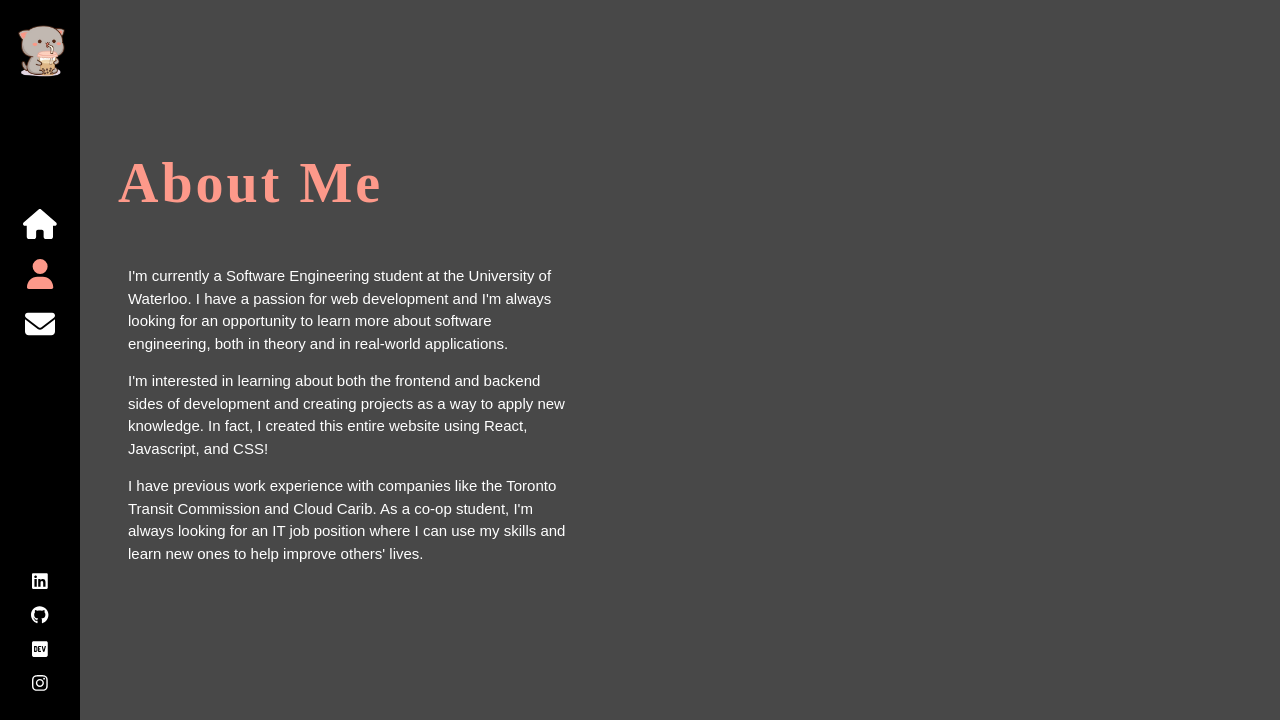
Repository: emilywcai/emilywcai.github.io
Page: /about (app in personal-portfolio/)
An editor plug-in stored every save of this project. The page is shown before and after a run of saves, followed by the edit.
The browser window is 1280 px wide. The pictures show the whole page.
The project was rebuilt for these pictures with package versions that can differ from the ones it lists, and the page was loaded fresh each time. Also part of the build but not shown: personal-portfolio/src/components/Home/Logo/index.scss, personal-portfolio/src/components/Home/Logo/index.js, personal-portfolio/src/components/Home/index.scss, personal-portfolio/src/components/Home/index.js, personal-portfolio/src/components/About/index.scss.

Above is the page before, as saved 2022-08-05 11:25:19.

### personal-portfolio/src/index.js
import React from 'react'
import ReactDOM from 'react-dom'
import reportWebVitals from './reportWebVitals'
import { BrowserRouter } from 'react-router-dom'
import App from './App'
import './index.css'

ReactDOM.render(
  <React.StrictMode>
    <BrowserRouter>
      <App />
    </BrowserRouter>
    ,
  </React.StrictMode>,
  document.getElementById('root')
)

// If you want to start measuring performance in your app, pass a function
// to log results (for example: reportWebVitals(console.log))
// or send to an analytics endpoint. Learn more: https://bit.ly/CRA-vitals
reportWebVitals();

### personal-portfolio/src/App.js
import React from 'react'
import './App.scss'
import { Routes, Route } from 'react-router-dom'
import Layout from './components/Layout'
import Home from './components/Home'
import About from './components/About'

function App() {
  return (
    <>
      <Routes>
        <Route path="/" element={<Layout />}>
          <Route index element={<Home />} />
          <Route path="about" element={<About />} />
        </Route>
      </Routes>
    </>
  )
}

export default App

### personal-portfolio/src/index.css
html {
  font-size: 65%;
}

body {
  margin: 0;
  font: 300 12px/1.5 "DejaVuSans", "sans-serif";
  color: #000000;
  background: 	#484848;
  overflow: block;
  -webkit-font-smoothing: antialiased;
  -moz-osx-font-smoothing: grayscale;
}

### personal-portfolio/src/App.scss
$primary-color: #fd998a;

@import 'animate.css';

@font-face {
  font-family: "Raleway-Regular";
  src: url("./assets/Raleway-Regular.ttf") format("ttf");
  font-weight: normal;
  font-style: normal;
}

@font-face {
  font-family: "DejaVuSans";
  src: url("./assets/DejaVuSans.ttf") format("ttf");
  font-weight: normal;
  font-style: normal;
}

@font-face {
  font-family: "Allura-Regular";
  src: url("./assets/Allura-Regular.otf") format("otf");
  font-weight: normal;
  font-style: normal;
}

input,
textarea {
  font-family: "Raleway-Regular";
}

### personal-portfolio/src/components/Layout/index.js
import './index.scss'
import Sidebar from '../Sidebar'
import { Outlet } from 'react-router-dom'

const Layout = () => {
    return (
    <div className="App">
        <Sidebar />
        <div className="page">
        <span className="tags top-tags"></span>

        <Outlet />
        <span className="tags bottom-tags">
          <br />
          <span className="bottom-tag-html"></span>
        </span>
      </div>
    </div>
    )
}

export default Layout

### personal-portfolio/src/components/About/index.js
import AnimatedLetters from '../AnimatedLetters'
import { useState, useEffect } from 'react'
import './index.scss'

const About = () => {

    const [letterClass, setLetterClass] = useState('text-animate')

    useEffect(() => {
        setTimeout(() => {
          setLetterClass('text-animate-hover')
        }, 4000)
      }, [])

    return (
        <div className="container about-page">
            <div className="text-zone">
                <h1>
                    <AnimatedLetters
                        strArray={['A', 'b', 'o', 'u', 't', ' ', 'M', 'e']}
                        idx={15}
                    />
                </h1>

                <p>
                    I'm currently a Software Engineering student at the University of
                    Waterloo. I have a passion for web development and I'm always looking
                    for an opportunity to learn more about software engineering, both
                    in theory and in real-world applications.
                </p>
                <p>
                    I'm interested in learning about both the frontend and backend sides
                    of development and creating projects as a way to apply new knowledge.
                    In fact, I created this entire website using React, Javascript,
                    and CSS!
                </p>
                <p>
                    I have previous work experience with companies like the Toronto
                    Transit Commission and Cloud Carib. As a co-op student, I'm always
                    looking for an IT job position where I can use my skills and learn new
                    ones to help improve others' lives.
                </p>
            </div>
        </div>
    )
}

export default About

### personal-portfolio/src/components/Layout/index.scss
.page {
    width: 100%;
    height: 100%;
    position: absolute;
  }

.top-tags {
  bottom: auto;
  top: 35px;
}

.tags {
  color: #fff;
  opacity: 0.6;
  position: absolute;
  bottom: 0;
  left: 120px;
  font-size: 22px;
  font-family: "Allura-Regular", cursive;
}

.bottom-tag-html {
  margin-left: -20px;
}

.container {
  width: 100%;
  will-change: contents;
  height: 90%;
  min-height: 566px;
  position: absolute;
  opacity: 0;
  top: 5%;
  margin: 0 auto;
  z-index: 1;
  transform-style: preserve-3d;
  animation: fadeIn 1s forwards;
  animation-delay: 1s;
}

.about-page {
  .text-zone {
    position: absolute;
    left: 10%;
    top: 50%;
    transform: translateY(-50%);
    width: 35%;
    vertical-align: middle;
    display: table-cell;
    max-height: 90%;
  }

  h1 {
    font-size: 56px;
    font-family: "Raleway-Regular", "sans-serif";
    color: #fd998a;
    font-weight: 550;
    letter-spacing: 3px;
    margin-top: 0;
    position: relative;
    margin-bottom: 40px;
    left: -10px;
  }

  p {
    font-size: 15px;
    color: #fff;
    font-family: "DejaVuSans", sans-serif;
    font-weight: 300;
    max-width: fit-content;

    animation: pulse 1s;
    &:nth-of-type(1) {
      animation-delay: 1.1s;
    }
    &:nth-of-type(2) {
      animation-delay: 1.3s;
    }
    &:nth-of-type(3) {
      animation-delay: 1.5s;
    }
  }

  .text-animate-hover {
    &:hover {
      color: #fff;
    }
  }
}

### personal-portfolio/src/components/Sidebar/index.js
import './index.scss'
import Logo from '../../assets/ProfileNoBg.png'
import { FontAwesomeIcon } from '@fortawesome/react-fontawesome'
import { faHome, faUser, faEnvelope } from '@fortawesome/free-solid-svg-icons'
import { Link, NavLink } from 'react-router-dom'
import {
  faLinkedin,
  faGithub,
  faDev,
  faInstagram,
} from '@fortawesome/free-brands-svg-icons'

const Sidebar = () => {
  return (
    <div className="nav-bar">
        <Link className="logo" to="/">
            <img src={Logo} alt="profile logo" />
        </Link>

        <nav>
        <NavLink exact="true" activeclassname="active" to="/">
          <FontAwesomeIcon icon={faHome} color="#ffffff" />
        </NavLink>

        <NavLink exact="true" activeclassname="active" className="about-link" to="/about">
          <FontAwesomeIcon icon={faUser} color="#ffffff" />
        </NavLink>

        <NavLink exact="true" activeclassname="active" className="contact-link" to="/contact">
          <FontAwesomeIcon icon={faEnvelope} color="#ffffff" />
        </NavLink>
      </nav>

      <ul>
        <li>
          <a
            target="_blank"
            rel="norefferer"
            href="https://www.linkedin.com/in/emilywcai/"
          >
            <FontAwesomeIcon icon={faLinkedin} color="#ffffff" />
          </a>
        </li>
        <li>
          <a
            target="_blank"
            rel="norefferer"
            href="https://github.com/emilywcai"
          >
            <FontAwesomeIcon icon={faGithub} color="#ffffff" />
          </a>
        </li>
        <li>
          <a
            target="_blank"
            rel="norefferer"
            href="https://devpost.com/emilywcai"
          >
            <FontAwesomeIcon icon={faDev} color="#ffffff" />
          </a>
        </li>
        <li>
          <a
            target="_blank"
            rel="norefferer"
            href="https://www.instagram.com/emilyw.cai/"
          >
            <FontAwesomeIcon icon={faInstagram} color="#ffffff" />
          </a>
        </li>
      </ul>
    </div>
  )
}

export default Sidebar

### personal-portfolio/src/components/AnimatedLetters/index.js
import './index.scss'

const AnimatedLetters = ({ letterClass, strArray, idx }) => {
    return (
        <span>
            {
                strArray.map((char, i) =>(
                    <span key={char + i} className={`${letterClass} _${i + idx}`}>
                        {char}
                    </span>
                ))
            }
        </span>
    )
};

export default AnimatedLetters

### personal-portfolio/src/components/Sidebar/index.scss
.nav-bar {
    background: #000000;
    width: 80px;
    height: 100%;
    position: absolute;
    top: 0;
    z-index: 3;
    min-height: 500px;

    .logo {
      display: block;
      padding: 8px 0;

        img {
            display: block;
            margin: 8px auto;
            width: 80%;
            height: auto;
      }
    }

    nav {
      display: block;
      text-align: center;
      position: absolute;
      height: 210px;
      top: 50%;
      margin-top: -160px;
      width: 100%;

      a {
        font-size: 30px;
        color: #ffffff;
        display: block;
        line-height: 50px;
        height: 50px;
        position: relative;
        text-decoration: none;

        i {
          transition: all 0.3s ease;
        }

        &:hover {
          color: #fd998a;

          svg {
            opacity: 0;
          }

          &:after {
            opacity: 1;
          }
        }

        &:after {
          content: '';
          font-size: 12px;
          letter-spacing: 2px;
          position: absolute;
          bottom: 0;
          display: block;
          width: 100%;
          text-align: center;
          opacity: 0;
          transition: all 0.3s ease;
        }

        &:first-child {
          &:after {
            content: 'HOME';
          }
        }
      }

      a.about-link {
        &:after {
          content: 'ABOUT';
        }
      }

      a.contact-link {
        &:after {
          content: 'CONTACT';
        }
      }

      a.active {
        svg {
          color: #fd998a;
        }
      }
    }

    ul {
      position: absolute;
      bottom: 20px;
      width: 100%;
      display: block;
      padding: 0;
      list-style: none;
      text-align: center;
      margin: 0;

    li {
      a {
        padding: 8px 0;
        display: block;
        font-size: 18px;
        line-height: 16px;

        &:hover svg {
          color: #fd998a;
        }
      }
    }
  }
}

### personal-portfolio/src/components/AnimatedLetters/index.scss
.text-animate {
    display: inline-block;
    opacity: 0;
    animation: bounceIn;
    animation-duration: 1s;
    animation-delay: 1s;
    animation-fill-mode: forwards;
    min-width: 10px;
}

.text-animate-hover {
    min-width: 10px;
    display: inline-block;
    animation-fill-mode: both;

    &:hover {
        animation: headShake 1s;
        color: #fd998a;
    }
}

@for $i from 1 through 25 {
    .text-animate._#{$i} {
        animation-delay: #{$i / 12}s;
    }
}

Loaded but not shown: personal-portfolio/public/index.html (common file); personal-portfolio/src/reportWebVitals.js (common file)

After the next 2 saves:
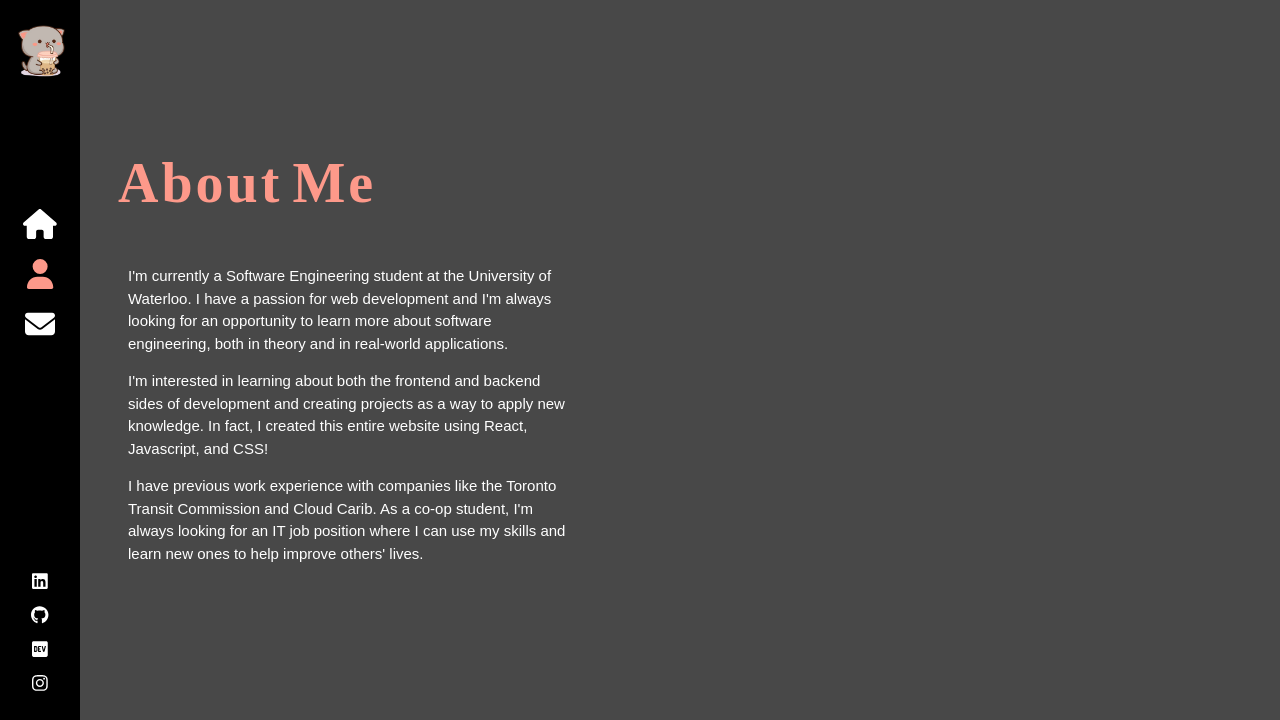
The 2 saves are shown as one change because 1 did not build or start.
The last was saved 44 s later.
--- a/personal-portfolio/src/components/About/index.js
+++ b/personal-portfolio/src/components/About/index.js
@@ -17,6 +17,7 @@ const About = () => {
             <div className="text-zone">
                 <h1>
                     <AnimatedLetters
+                        letterClass={letterClass}
                         strArray={['A', 'b', 'o', 'u', 't', ' ', 'M', 'e']}
                         idx={15}
                     />
